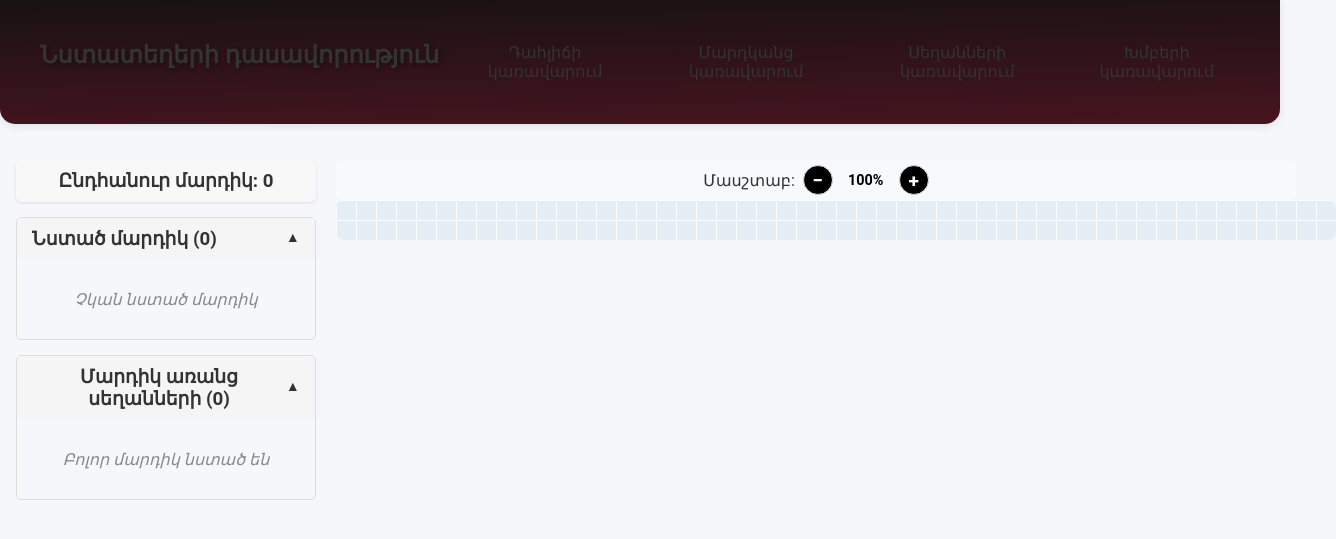
Repository: Vahan-23/Table-V2
Page: /
The author's editor kept a copy of each file at every save. The page is drawn from the files as they stood at one save, then again after the next save.
The browser window is 1280 px wide. The page is 1336 px wide, so the pictures cover 1336 px, including what lies to the right of the window. The pictures show the whole page.
The project was rebuilt for these pictures with package versions that can differ from the ones it lists, and the page was loaded fresh each time.

Above is the page before, as saved 2025-03-03 19:16:38.

After the next save:
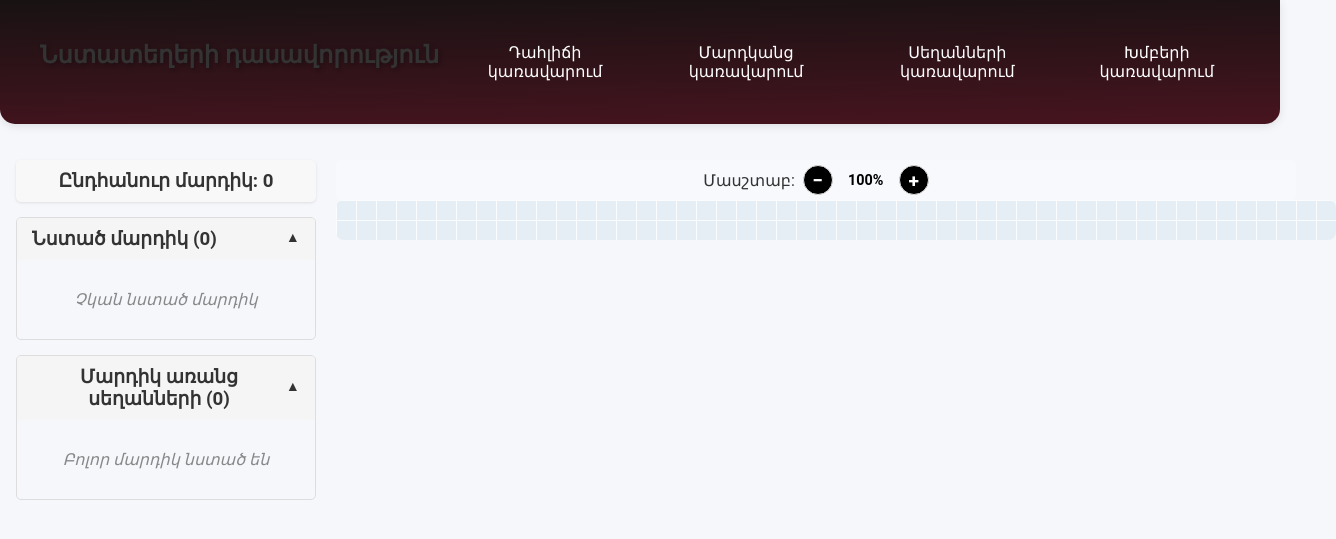
Saved 3 min 53 s later.
--- a/src/component/App.css
+++ b/src/component/App.css
@@ -1274,7 +1274,7 @@ button {
 }
 
 .nav-link {
-  color: #333;
+  color: #ffffff;
   text-decoration: none;
   font-weight: 500;
   padding: 8px 12px;
@@ -1284,7 +1284,7 @@ button {
 }
 
 .nav-item:hover .nav-link {
-  background-color: #f5f5f5;
+  background-color: #333;
 }
 
 .nav-item.active .nav-link {
